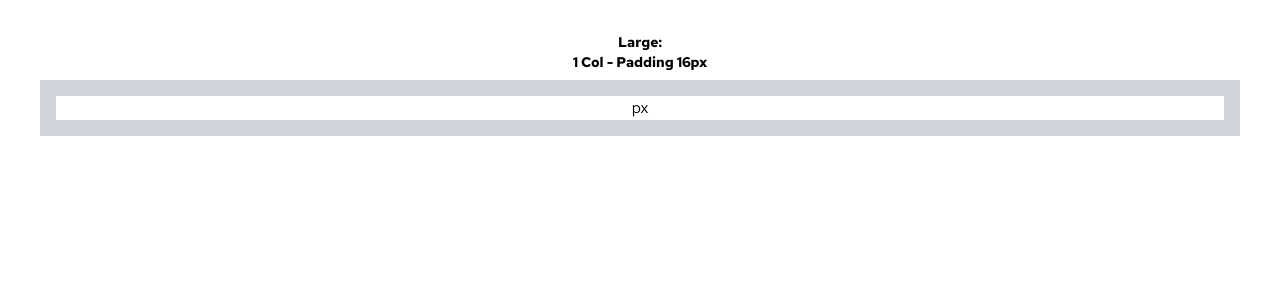
Repository: fabianwurk/vue-tailwind
Page: /
An editor plug-in stored every save of this project. The page is shown before and after the next save, followed by the edit.
The browser window is 1280 px wide. The pictures show the whole page.
The project was rebuilt for these pictures with package versions that can differ from the ones it lists, and the page was loaded fresh each time. Also part of the build but not shown: vite.config.js.

Above is the page before, as saved 2021-03-16 23:39:05.
Console error: TypeError: this.innerWidth is not a function

After the next save:
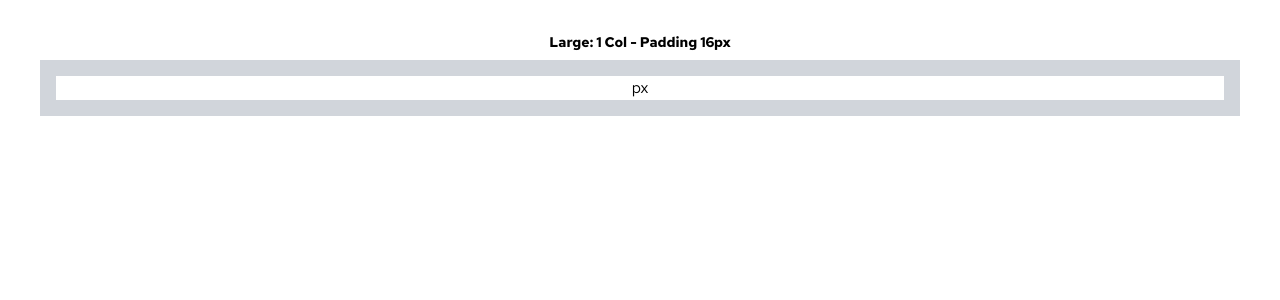
Saved 9 s later.
--- a/src/components/Large.vue
+++ b/src/components/Large.vue
@@ -3,7 +3,7 @@
 
     <div class="container mx-auto">
       <h2 class="text-sm font-bold mb-2 mt-8 text-center">
-        <span class="hidden lg:block">Large:</span> 1 Col - Padding 16px
+        <span class="hidden lg:inline-block">Large:</span> 1 Col - Padding 16px
       </h2>
       <div class="flex items-center">
         <div class="w-full bg-gray-300 mb-4 mt-0 py-4 px-4 text-center">
